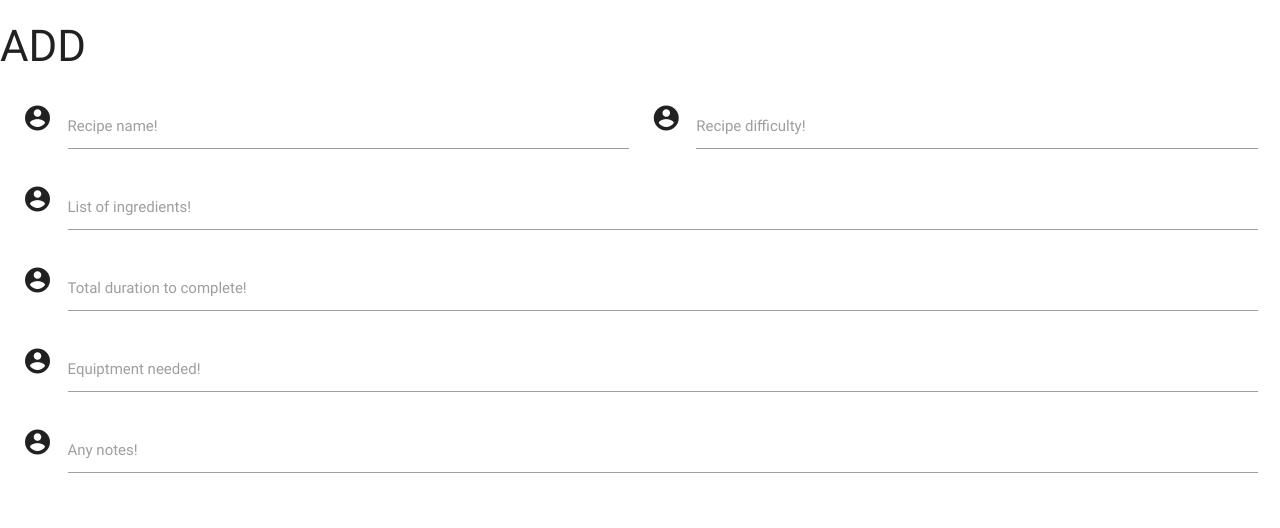
Repository: tgarratt/HungryHerbivore-Milestone3
Page: templates/addrecipe.html
The author's editor kept a record of every edit. The page is drawn from the files as they stood at one moment, then again after the next edit.
The browser window is 1280 px wide. The pictures show the whole page.
The template is drawn by Flask 3. The application's start-up code is not run. Other server files are loaded and not shown. The template is opened directly, without the code that normally fills it, so the values that code supplies are empty.

Above is the page before.

### templates/addrecipe.html
{% extends 'parent.html'%} {% block content %}

<h3>ADD</h3>
<div class="row">
    <form action="" method="POST" class="col s12">
        <div class="row">
            <div class="input-field col s6">
                <i class="material-icons prefix">account_circle</i>
                <input id="meal_name" name="meal_name" type="text" class="validate">
                <label for="icon_prefix">Recipe name!</label>
            </div>

            <div class="input-field col s6">
                <i class="material-icons prefix">account_circle</i>
                <input id="recipe.difficulty" name="recipe.difficulty" type="tel" class="validate">
                <label for="icon_prefix">Recipe difficulty!</label>
            </div>

            <div class="input-field col s12">
                <i class="material-icons prefix">account_circle</i>
                <input id="meal_ingredients" name = "meal_ingredients" type="text" class="validate">
                <label for="icon_prefix">List of ingredients!</label>
            </div>

            <div class="input-field col s12">
                <i class="material-icons prefix">account_circle</i>
                <input id="meal_time" name = "meal_time" type="text" class="validate">
                <label for="icon_prefix">Total duration to complete!</label>
            </div>

            <div class="input-field col s12">
                <i class="material-icons prefix">account_circle</i>
                <input id="meal_requirements" name = "meal_requirements" type="text" class="validate">
                <label for="icon_prefix">Equiptment needed!</label>
            </div>

            <div class="input-field col s12">
                <i class="material-icons prefix">account_circle</i>
                <input id="meal_comment" name = "meal_comment" type="text" class="validate">
                <label for="icon_prefix"> Any notes!</label>
            </div>

        </div>
</div>
</form>
</div>

{% endblock %}

### templates/parent.html
<!DOCTYPE html>
<html>

<head>
    <link href="https://fonts.googleapis.com/icon?family=Material+Icons" rel="stylesheet">
    <link rel="stylesheet" href="https://cdnjs.cloudflare.com/ajax/libs/materialize/0.100.2/css/materialize.min.css">

</head>

<body>
    {% block content %} {% endblock %}
    <script src="https://cdnjs.cloudflare.com/ajax/libs/jquery/3.4.1/jquery.min.js" integrity="sha256-CSXorXvZcTkaix6Yvo6HppcZGetbYMGWSFlBw8HfCJo=" crossorigin="anonymous"></script>
    <script src="https://cdnjs.cloudflare.com/ajax/libs/materialize/0.100.2/js/materialize.min.js"></script>
    <script type="text/javascript">
        $(document).ready(function() {
            $('.collapsible').collapsible();
        });
    </script>
</body>

</html>

After the next edit:
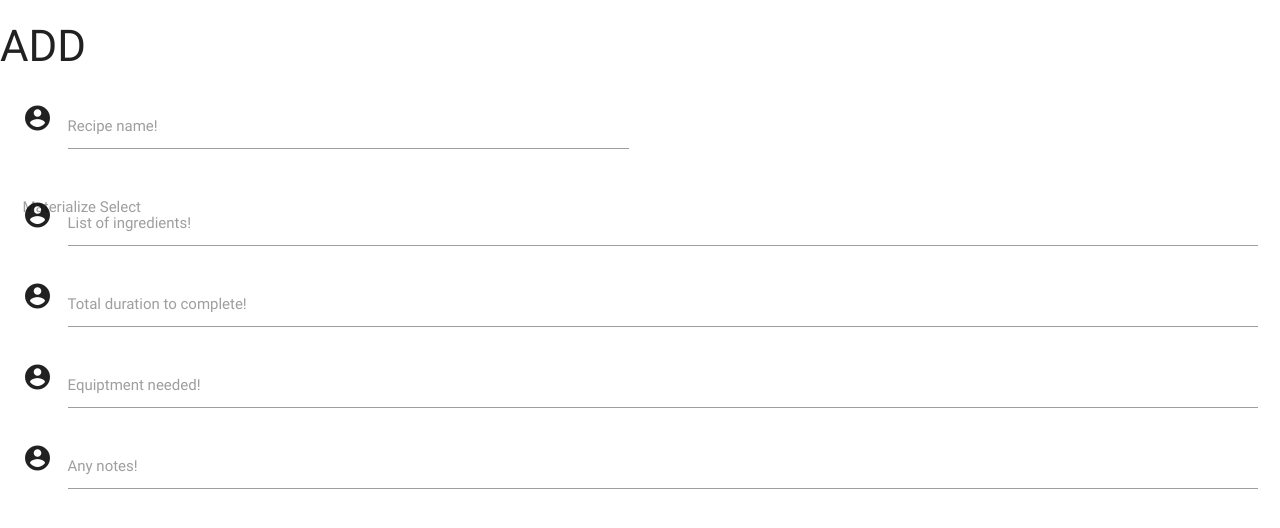
The edit:
--- a/templates/addrecipe.html
+++ b/templates/addrecipe.html
@@ -10,33 +10,37 @@
                 <label for="icon_prefix">Recipe name!</label>
             </div>
 
-            <div class="input-field col s6">
-                <i class="material-icons prefix">account_circle</i>
-                <input id="recipe.difficulty" name="recipe.difficulty" type="tel" class="validate">
-                <label for="icon_prefix">Recipe difficulty!</label>
+            <div class="input-field col s12">
+                <select>
+                    <option value="" disabled selected>Choose your option</option>
+                    <option value="1">Option 1</option>
+                    <option value="2">Option 2</option>
+                    <option value="3">Option 3</option>
+    </select>
+                <label>Materialize Select</label>
             </div>
 
             <div class="input-field col s12">
                 <i class="material-icons prefix">account_circle</i>
-                <input id="meal_ingredients" name = "meal_ingredients" type="text" class="validate">
+                <input id="meal_ingredients" name="meal_ingredients" type="text" class="validate">
                 <label for="icon_prefix">List of ingredients!</label>
             </div>
 
             <div class="input-field col s12">
                 <i class="material-icons prefix">account_circle</i>
-                <input id="meal_time" name = "meal_time" type="text" class="validate">
+                <input id="meal_time" name="meal_time" type="text" class="validate">
                 <label for="icon_prefix">Total duration to complete!</label>
             </div>
 
             <div class="input-field col s12">
                 <i class="material-icons prefix">account_circle</i>
-                <input id="meal_requirements" name = "meal_requirements" type="text" class="validate">
+                <input id="meal_requirements" name="meal_requirements" type="text" class="validate">
                 <label for="icon_prefix">Equiptment needed!</label>
             </div>
 
             <div class="input-field col s12">
                 <i class="material-icons prefix">account_circle</i>
-                <input id="meal_comment" name = "meal_comment" type="text" class="validate">
+                <input id="meal_comment" name="meal_comment" type="text" class="validate">
                 <label for="icon_prefix"> Any notes!</label>
             </div>
 
